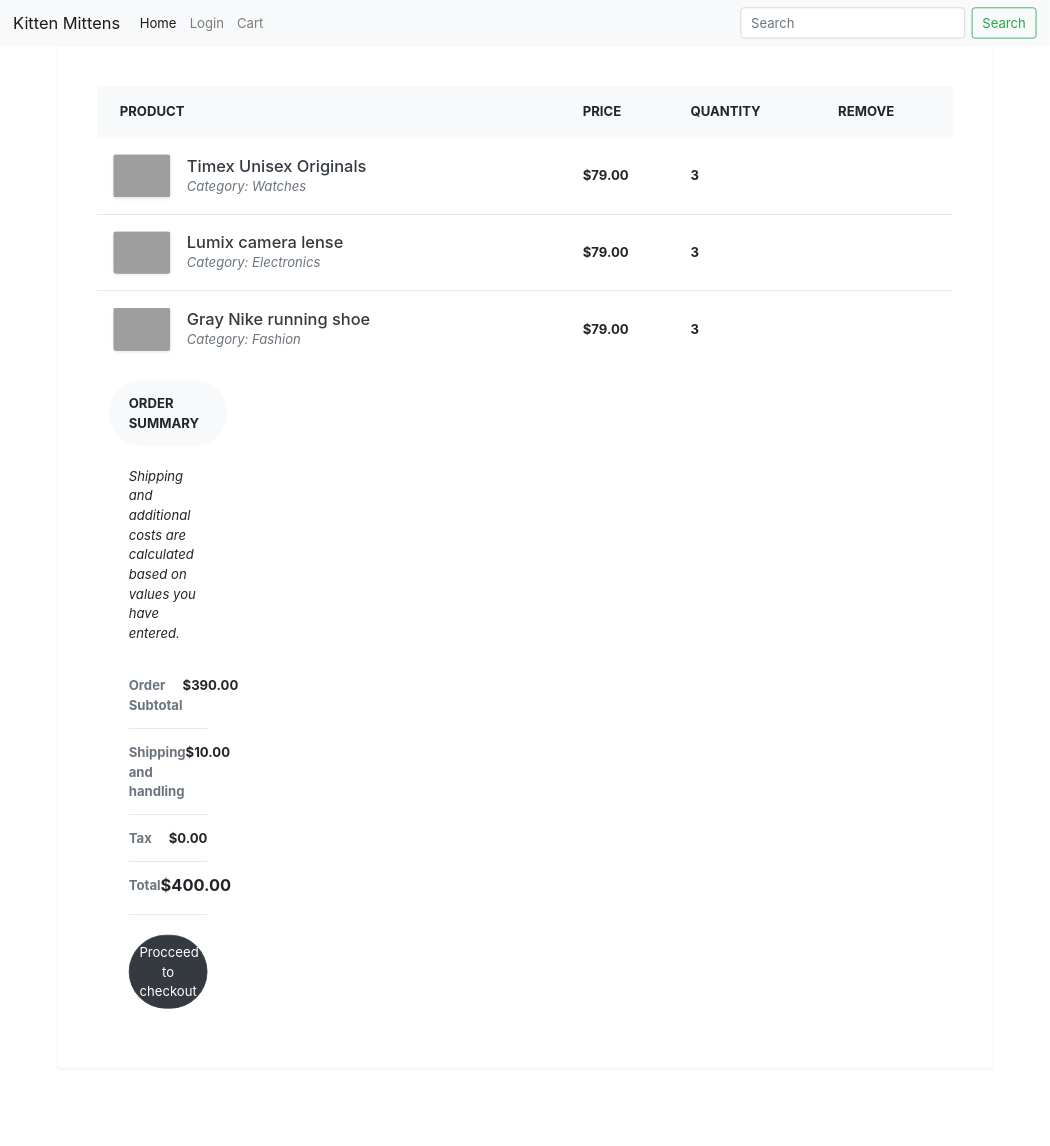
Repository: Janellle/KittenMittens
Page: http://localhost/cart
The author's editor kept a record of every edit. The page is drawn from the files as they stood at one moment, then again after the next edit.
The browser window is 1280 px wide. The pictures show the whole page, at 82% of full size.
Pictures or frames that could not be fetched are drawn as grey boxes. The page is served by the project's Node server (app.js).

Above is the page before.
Not found: rps.js

### views/cart.ejs
<!DOCTYPE html>
<html>
    <head>
        <title> Kitten Mittens: Cart</title>
        <script language="javascript" type="text/javascript" src="rps.js"></script>
        <link rel="stylesheet" href="https://stackpath.bootstrapcdn.com/bootstrap/4.4.1/css/bootstrap.min.css" integrity="sha384-Vkoo8x4CGsO3+Hhxv8T/Q5PaXtkKtu6ug5TOeNV6gBiFeWPGFN9MuhOf23Q9Ifjh" crossorigin="anonymous">
    </head>

    <body>
        <nav class="navbar navbar-expand-lg navbar-light bg-light">
              <a class="navbar-brand" href="#">Kitten Mittens</a>
              <button class="navbar-toggler" type="button" data-toggle="collapse" data-target="#navbarTogglerDemo02" aria-controls="navbarTogglerDemo02" aria-expanded="false" aria-label="Toggle navigation">
                <span class="navbar-toggler-icon"></span>
              </button>

              <div class="collapse navbar-collapse" id="navbarTogglerDemo02">
                <ul class="navbar-nav mr-auto mt-2 mt-lg-0">
                  <li class="nav-item active">
                    <a class="nav-link" href="/">Home</a>
                  </li>
                  <li class="nav-item">
                    <a class="nav-link" href="/login">Login</a>
                  </li>
                  <li class="nav-item">
                    <a class="nav-link" href="/cart">Cart</a>
                  </li>
                </ul>
            <form class="form-inline my-2 my-lg-0">
              <input class="form-control mr-sm-2" type="search" placeholder="Search">
                <button class="btn btn-outline-success my-2 my-sm-0" type="submit">Search</button>
            </form>
              </div>
        </nav>
      <div class="px-4 px-lg-0">
  <div class="pb-5">
    <div class="container">
      <div class="row">
        <div class="col-lg-12 p-5 bg-white rounded shadow-sm mb-5">

          <!-- Shopping cart table -->
          <div class="table-responsive">
            <table class="table">
              <thead>
                <tr>
                  <th scope="col" class="border-0 bg-light">
                    <div class="p-2 px-3 text-uppercase">Product</div>
                  </th>
                  <th scope="col" class="border-0 bg-light">
                    <div class="py-2 text-uppercase">Price</div>
                  </th>
                  <th scope="col" class="border-0 bg-light">
                    <div class="py-2 text-uppercase">Quantity</div>
                  </th>
                  <th scope="col" class="border-0 bg-light">
                    <div class="py-2 text-uppercase">Remove</div>
                  </th>
                </tr>
              </thead>
              <tbody>
                <tr>
                  <th scope="row" class="border-0">
                    <div class="p-2">
                      <img src="https://res.cloudinary.com/mhmd/image/upload/v1556670479/product-1_zrifhn.jpg" alt="" width="70" class="img-fluid rounded shadow-sm">
                      <div class="ml-3 d-inline-block align-middle">
                        <h5 class="mb-0"> <a href="#" class="text-dark d-inline-block align-middle">Timex Unisex Originals</a></h5><span class="text-muted font-weight-normal font-italic d-block">Category: Watches</span>
                      </div>
                    </div>
                  </th>
                  <td class="border-0 align-middle"><strong>$79.00</strong></td>
                  <td class="border-0 align-middle"><strong>3</strong></td>
                  <td class="border-0 align-middle"><a href="#" class="text-dark"><i class="fa fa-trash"></i></a></td>
                </tr>
                <tr>
                  <th scope="row">
                    <div class="p-2">
                      <img src="https://res.cloudinary.com/mhmd/image/upload/v1556670479/product-3_cexmhn.jpg" alt="" width="70" class="img-fluid rounded shadow-sm">
                      <div class="ml-3 d-inline-block align-middle">
                        <h5 class="mb-0"><a href="#" class="text-dark d-inline-block">Lumix camera lense</a></h5><span class="text-muted font-weight-normal font-italic">Category: Electronics</span>
                      </div>
                    </div>
                  </th>
                  <td class="align-middle"><strong>$79.00</strong></td>
                  <td class="align-middle"><strong>3</strong></td>
                  <td class="align-middle"><a href="#" class="text-dark"><i class="fa fa-trash"></i></a>
                  </td>
                </tr>
                <tr>
                  <th scope="row">
                    <div class="p-2">
                      <img src="https://res.cloudinary.com/mhmd/image/upload/v1556670479/product-2_qxjis2.jpg" alt="" width="70" class="img-fluid rounded shadow-sm">
                      <div class="ml-3 d-inline-block align-middle">
                        <h5 class="mb-0"> <a href="#" class="text-dark d-inline-block">Gray Nike running shoe</a></h5><span class="text-muted font-weight-normal font-italic">Category: Fashion</span>
                      </div>
                    </div>
                    <td class="align-middle"><strong>$79.00</strong></td>
                    <td class="align-middle"><strong>3</strong></td>
                    <td class="align-middle"><a href="#" class="text-dark"><i class="fa fa-trash"></i></a>
                    </td>
                </tr>
              </tbody>
            </table>
          </div>
          <div class="col-lg-2">
        </div>
        <div class="col-lg-2">
          <div class="bg-light rounded-pill px-4 py-3 text-uppercase font-weight-bold">Order summary </div>
          <div class="p-4">
            <p class="font-italic mb-4">Shipping and additional costs are calculated based on values you have entered.</p>
            <ul class="list-unstyled mb-4">
              <li class="d-flex justify-content-between py-3 border-bottom"><strong class="text-muted">Order Subtotal </strong><strong>$390.00</strong></li>
              <li class="d-flex justify-content-between py-3 border-bottom"><strong class="text-muted">Shipping and handling</strong><strong>$10.00</strong></li>
              <li class="d-flex justify-content-between py-3 border-bottom"><strong class="text-muted">Tax</strong><strong>$0.00</strong></li>
              <li class="d-flex justify-content-between py-3 border-bottom"><strong class="text-muted">Total</strong>
                <h5 class="font-weight-bold">$400.00</h5>
              </li>
            </ul><a href="#" class="btn btn-dark rounded-pill py-2 btn-block">Procceed to checkout</a>
          </div>
        </div>
      </div>

    </div>
  </div>
          <!-- End -->
        </div>
      </div>
    </body>
</html>

### app.js
const express = require("express");
const mysql   = require("mysql");
const app = express();
const {Client} = require('pg');
//const session = require('express-session');

app.set("view engine", "ejs");
app.use(express.static("public")); //folder for images, css, js
app.use(express.urlencoded()); //use to parse data sent using the POST method

app.get("/", async function(req, res){
    res.render("index");
}); //root

app.get("/login", async function(req, res){
    res.render("login");

}); // login

app.get("/search", async function(req, res){
    res.render("search");
}); // search

app.get("/cart", function(req,res){
    res.render("cart");
});

/*
app.get("/cart", async function(req, res){
    let rows = await getCartShoes();
    //let rowsSecond = await getCartNonPlanets();
    //res.render("cart", {"cartPlanets":rows, "cartNonPlanets":rowsSecond});
    res.render("cart", {"cartShoes":rows})
});

app.get("/clearCart", async function(req, res){
    clearCart();
    let rows = await getCartShoes();
    res.render("cart", {"cartShoes":rows});
});
*/

//values in red must be updated
function dbConnection(){

   let conn = mysql.createConnection({
                 host: "ec2-18-213-176-229.compute-1.amazonaws.com",
                 user: "hptikosghjykbf",
             password: "78470a52c982fe07849cb7585b2aa82144e535734f330c003241e864cc9995e1",
             database: "ddgvmc8jol14f9"
       }); //createConnection

return conn;

}

//starting server
app.listen(process.env.PORT, process.env.IP, function(){
console.log("Express server is running...");
});

After the next edit:
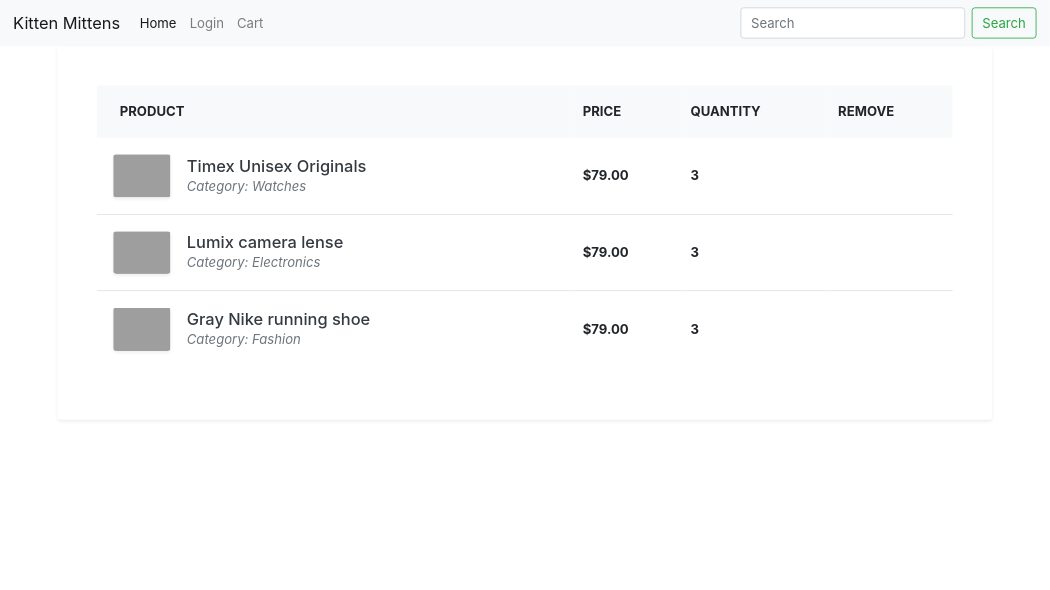
The edit:
--- a/views/cart.ejs
+++ b/views/cart.ejs
@@ -100,26 +100,6 @@
               </tbody>
             </table>
           </div>
-          <div class="col-lg-2">
-        </div>
-        <div class="col-lg-2">
-          <div class="bg-light rounded-pill px-4 py-3 text-uppercase font-weight-bold">Order summary </div>
-          <div class="p-4">
-            <p class="font-italic mb-4">Shipping and additional costs are calculated based on values you have entered.</p>
-            <ul class="list-unstyled mb-4">
-              <li class="d-flex justify-content-between py-3 border-bottom"><strong class="text-muted">Order Subtotal </strong><strong>$390.00</strong></li>
-              <li class="d-flex justify-content-between py-3 border-bottom"><strong class="text-muted">Shipping and handling</strong><strong>$10.00</strong></li>
-              <li class="d-flex justify-content-between py-3 border-bottom"><strong class="text-muted">Tax</strong><strong>$0.00</strong></li>
-              <li class="d-flex justify-content-between py-3 border-bottom"><strong class="text-muted">Total</strong>
-                <h5 class="font-weight-bold">$400.00</h5>
-              </li>
-            </ul><a href="#" class="btn btn-dark rounded-pill py-2 btn-block">Procceed to checkout</a>
-          </div>
-        </div>
-      </div>
-
-    </div>
-  </div>
           <!-- End -->
         </div>
       </div>
